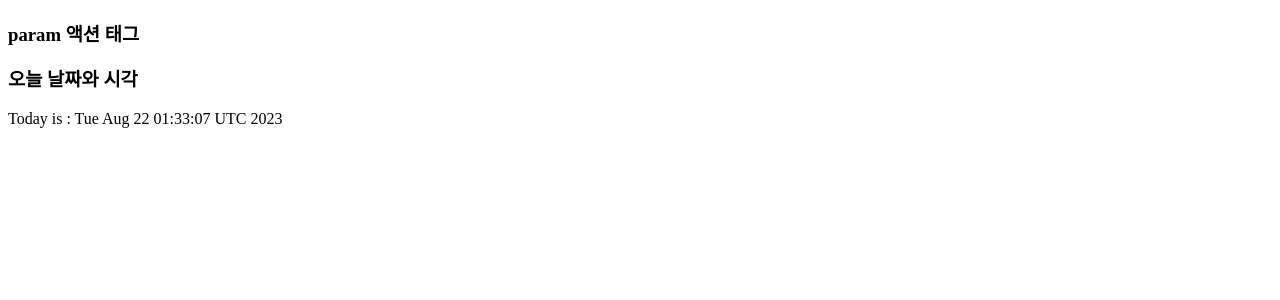
Repository: lhj257/jspwrokspace
Page: http://localhost/JSPBook/ch04/param02.jsp
These files come from the project's save history. The page is drawn as it stood at one moment and after the next save; the edit follows.
The browser window is 1280 px wide. The pictures show the whole page.
The page is served by Tomcat 9. Nobody is signed in. The application's start-up code is not run. Other server files are loaded and not shown.

Above is the page before, as saved 2023-08-23 07:23:26.

### JSPBook/src/main/webapp/ch04/param02.jsp
<%@ page language="java" contentType="text/html; charset=UTF-8"
	pageEncoding="UTF-8"%>
<!DOCTYPE html>
<html>
<head>
<meta charset="UTF-8">
<title>Insert title here</title>
</head>
<body>
	<h3>param 액션 태그</h3>
	<jsp:include page="param02_data.jsp">
		<jsp:param name="title"
			value='<%=java.net.URLEncoder.encode("오늘 날짜와 시각")%>' />
		<jsp:param name="date"
			value='<%=java.util.Calendar.getInstance().getTime()%>' />
	</jsp:include>
</body>
</html>

### JSPBook/src/main/webapp/ch04/param02_data.jsp
<%@ page language="java" contentType="text/html; charset=UTF-8"
	pageEncoding="UTF-8"%>
<!DOCTYPE html>
<html>
<head>
<meta charset="UTF-8">
<title>Insert title here</title>
</head>
<body>
	<%
	String title = request.getParameter("title");
	%>
	<h3><%=java.net.URLDecoder.decode(title)%></h3>
	Today is :
	<%=request.getParameter("date")%>
</body>
</html>

After the next save:
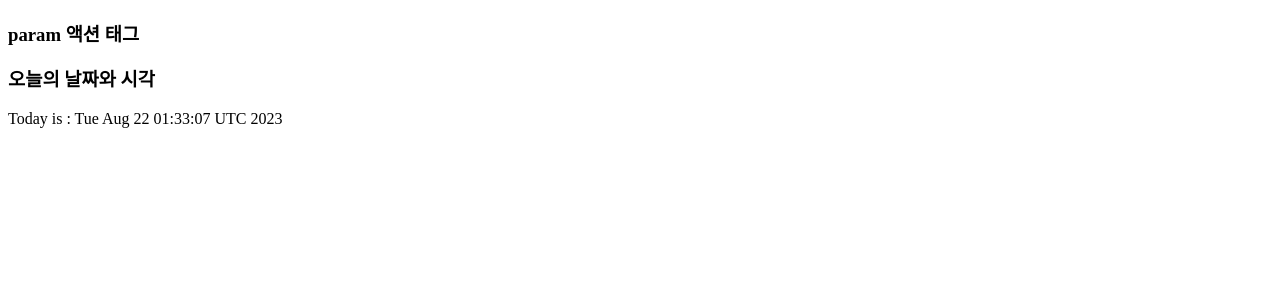
Saved 77 s later.
--- a/JSPBook/src/main/webapp/ch04/param02.jsp
+++ b/JSPBook/src/main/webapp/ch04/param02.jsp
@@ -10,7 +10,7 @@
 	<h3>param 액션 태그</h3>
 	<jsp:include page="param02_data.jsp">
 		<jsp:param name="title"
-			value='<%=java.net.URLEncoder.encode("오늘 날짜와 시각")%>' />
+			value='<%=java.net.URLEncoder.encode("오늘의 날짜와 시각")%>' />
 		<jsp:param name="date"
 			value='<%=java.util.Calendar.getInstance().getTime()%>' />
 	</jsp:include>
